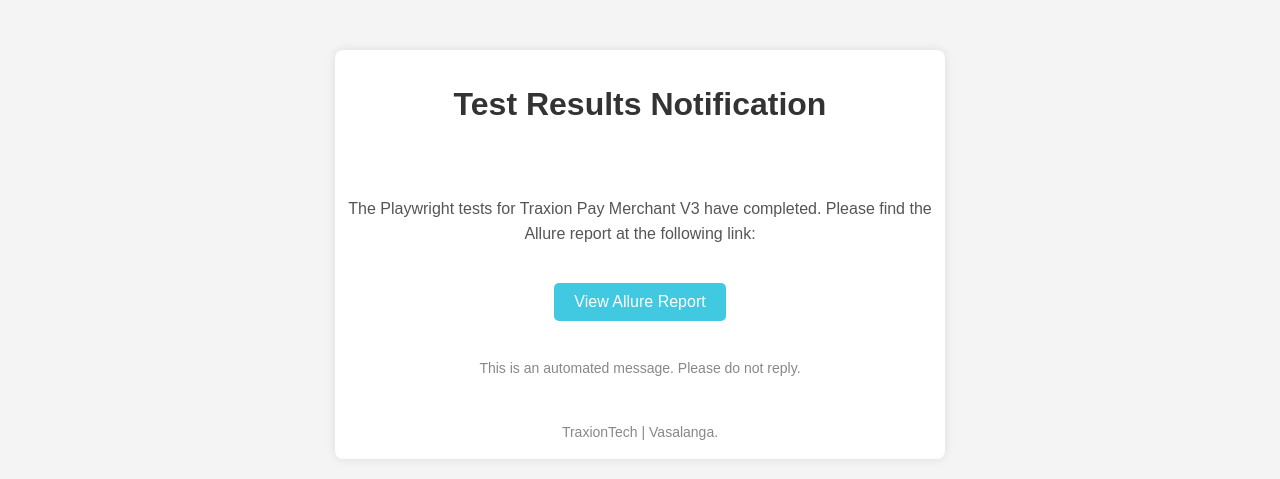
Repository: jmendozaqa24/TraxionPay-V3
Page: template.html
An editor plug-in stored every save of this project. The page is shown before and after the next save, followed by the edit.
The browser window is 1280 px wide. The pictures show the whole page.

Above is the page before, as saved 2025-01-31 10:46:30.

After the next save:
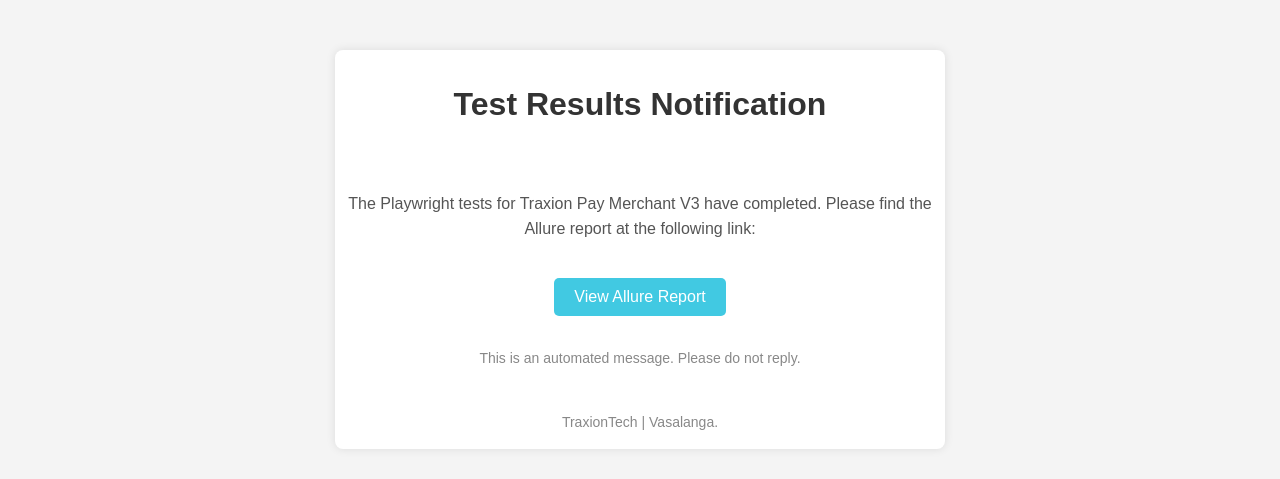
Saved 6 s later.
--- a/template.html
+++ b/template.html
@@ -10,7 +10,7 @@
                     <div style="text-align: center; padding-bottom: 20px;">
                         <h1 style="color: #333333; margin: 5; padding: 10px; ">Test Results Notification</h1>
                     </div>
-                    <div style="text-align: center; padding: 5px 0;">
+                    <div style="text-align: center; padding: 0;">
                         <p style="color: #555555; font-size: 16px; line-height: 1.6;">
                             The Playwright tests for Traxion Pay Merchant V3 have completed. Please find the Allure report at the following link:
                         </p>
